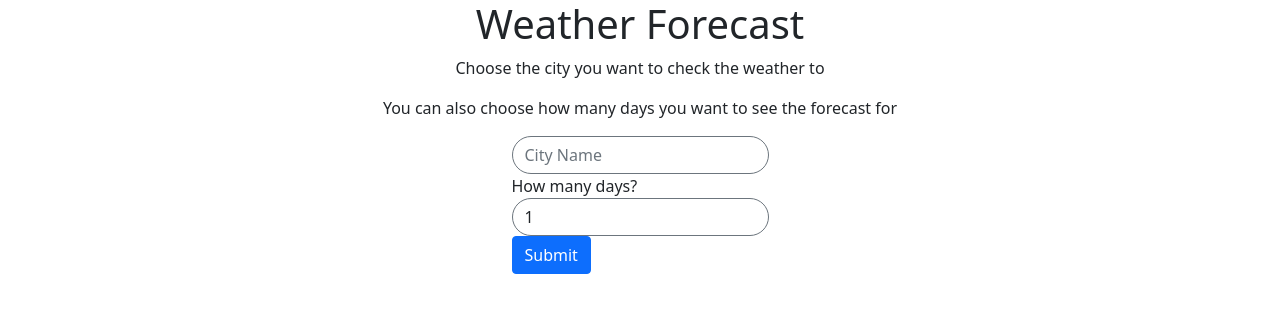
Repository: DimitrisDoxopoulos/my-own-weather-app
Page: /
The author's editor kept a copy of each file at every save. The page is drawn from the files as they stood at one save, then again after the next save.
The browser window is 1280 px wide. The pictures show the whole page.
The project was rebuilt for these pictures with package versions that can differ from the ones it lists, and the page was loaded fresh each time.

Above is the page before, as saved 2021-06-03 18:34:53.

### src/App.js
import './App.css';

/*--------------- Importing Components ------------------- */
import Wrapper from './components/Wrapper'
import Header from './components/Header'
import Tagline from './components/Tagline'
import Form from './components/Form'
/*--------------- Importing Components ------------------- */

function App() {
  return (
    <div className="App">
      <Wrapper>
        <Header />
        <Tagline />
        <Form />
      </Wrapper>
    </div>
  );
}

export default App;

### src/App.css
.App {
  /* text-align: center; */
}

.App-logo {
  height: 40vmin;
  pointer-events: none;
}

.App-header {
  background-color: #282c34;
  min-height: 100vh;
  display: flex;
  flex-direction: column;
  align-items: center;
  justify-content: center;
  font-size: calc(10px + 2vmin);
  color: white;
}

.App-link {
  color: #61dafb;
}

### src/components/Wrapper.js
import React from 'react';

const Wrapper = (props) => {
    return(
    <div className='d-flex flex-column justify-content-center align-items-center'>
        { props.children }
    </div>
    )
}

export default Wrapper;

### src/components/Header.js
import React from 'react'

const Header = () => {
    return (
        <div className="">
            <h1 className="">Weather Forecast</h1>
        </div>
    )
}

export default Header

### src/components/Tagline.js
import React from 'react'

const Tagline = () => {
    return (
        <div className="text-center">
            <p>Choose the city you want to check the weather to</p>
            <p>You can also choose how many days you want to see the forecast for</p>
        </div>
    )
}

export default Tagline

### src/components/Form.js
import React from 'react'

const Form = () => {
    return (
        <div>
            <form>
                <div class="form-group">
                    <input type="text" class="form-control border-secondary rounded-pill" id="exampleFormControlInput1" placeholder="City Name" />
                </div>
                <div class="form-group">
                   <label for="exampleFormControlSelect1">How many days?</label>
                    <select class="form-control border-secondary rounded-pill" id="exampleFormControlSelect1">
                        <option>1</option>
                        <option>2</option>
                        <option>3</option>
                        <option>4</option>
                        <option>5</option>
                    </select>
                </div>
                <input className="btn btn-primary" type="submit" value="Submit" />
            </form>
        </div>
    )
}

export default Form

Loaded but not shown: public/index.html (common file); src/index.js (common file); src/index.css (common file); src/reportWebVitals.js (common file)

After the next save:
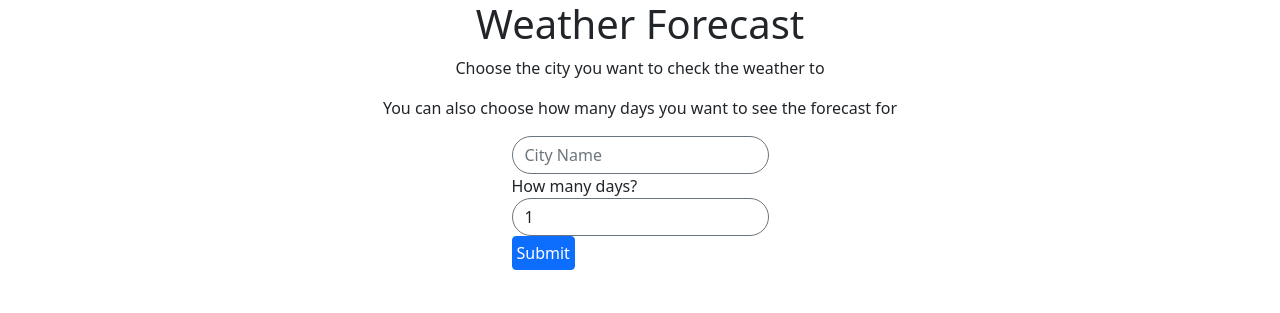
Saved 14 s later.
--- a/src/components/Form.js
+++ b/src/components/Form.js
@@ -17,7 +17,7 @@ const Form = () => {
                         <option>5</option>
                     </select>
                 </div>
-                <input className="btn btn-primary" type="submit" value="Submit" />
+                <input className="btn btn-primary p-1" type="submit" value="Submit" />
             </form>
         </div>
     )
